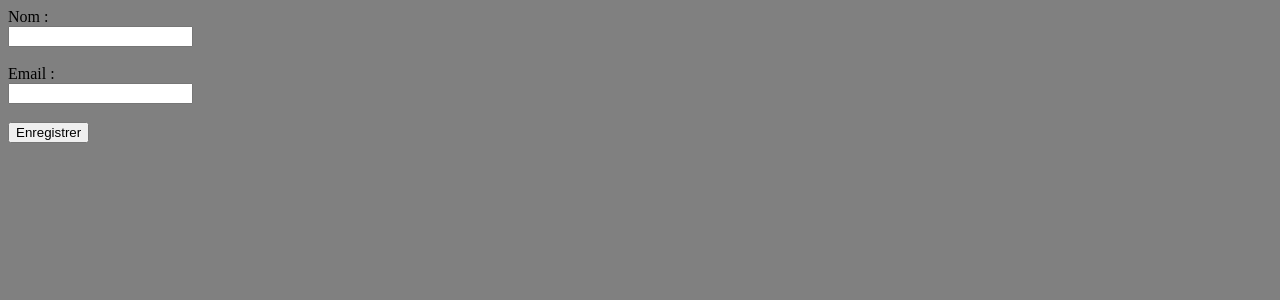
Repository: Haidara-97/TPJEE
Page: http://localhost/AppTest/
The author's editor kept a copy of each file at every save. The page is drawn from the files as they stood at one save, then again after the next save.
The browser window is 1280 px wide. The pictures show the whole page.
The page is served by Tomcat 9.

Above is the page before, as saved 2025-06-18 13:53:02.

After the next save:
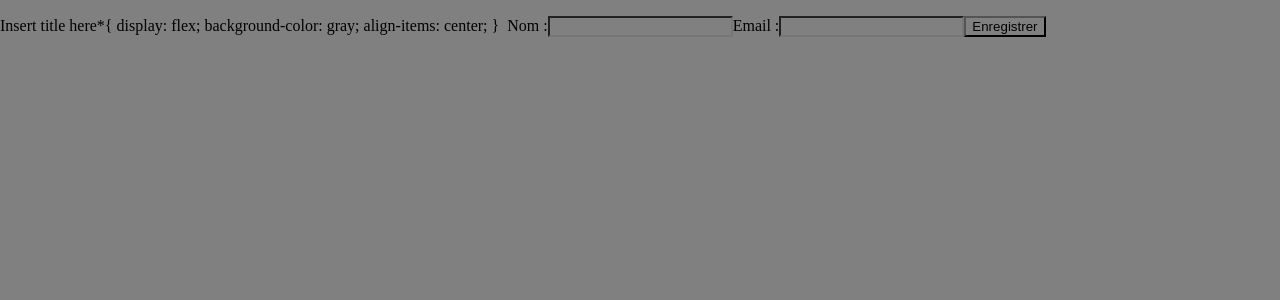
Saved 31 s later.
--- a/AppTest/src/main/webapp/index.jsp
+++ b/AppTest/src/main/webapp/index.jsp
@@ -6,7 +6,7 @@
 <meta charset="UTF-8">
 <title>Insert title here</title>
 <style>
-body{
+*{
 display: flex;
 background-color: gray;
 align-items: center;

After the save that followed:
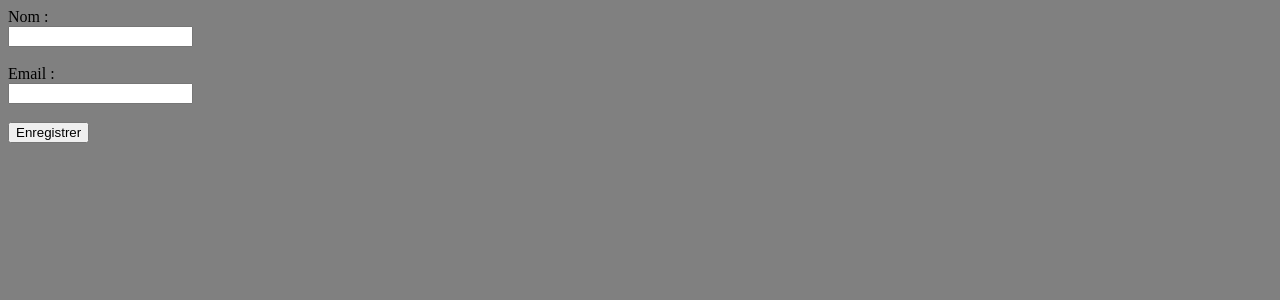
Saved 30 s later.
--- a/AppTest/src/main/webapp/index.jsp
+++ b/AppTest/src/main/webapp/index.jsp
@@ -6,7 +6,7 @@
 <meta charset="UTF-8">
 <title>Insert title here</title>
 <style>
-*{
+body{
 display: flex;
 background-color: gray;
 align-items: center;
